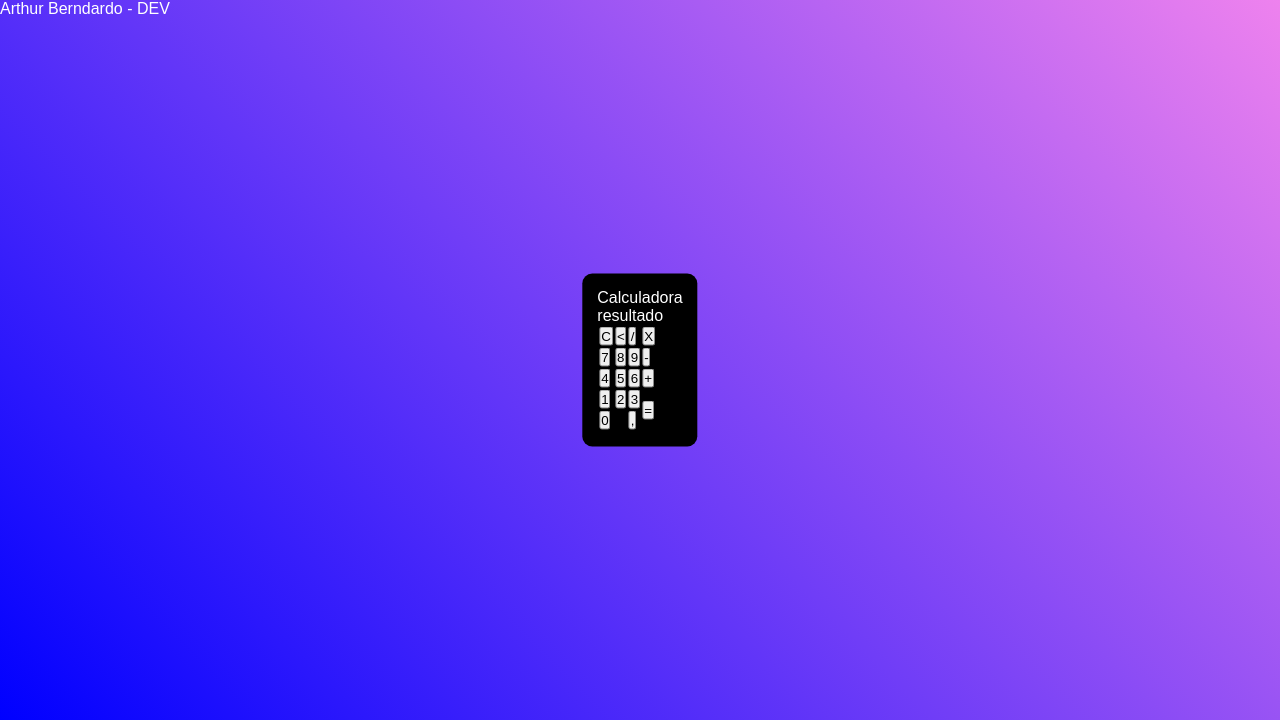
Repository: oThurDev/calculadora
Page: calculadora.html
An editor plug-in stored every save of this project. The page is shown before and after the next save, followed by the edit.
The browser window is 1280 px wide. The pictures show the whole page.

Above is the page before, as saved 2022-02-25 15:34:36.

### calculadora.html
<!DOCTYPE html>
<html lang="en">
<head>
    <meta charset="UTF-8">
    <meta name="viewport" content="width=device-width, initial-scale=1.0">
    <link rel="stylesheet" href="style_calculadora.css">
    <title>Calculadora</title>
</head>
<body>
    <div class="fundo">
        <span>Arthur Berndardo - DEV</span>
        <div class="calculadora">
            <span>Calculadora</span>
            <p id="resultado">resultado</p>
            <table>
                <tr>
                    <td class="botao"><button>C</button></td>
                    <td class="botao"><button><</button></td>
                    <td class="botao"><button>/</button></td>
                    <td class="botao"><button>X</button></td>
                </tr>
                <tr>
                    <td class="botao"><button>7</button></td>
                    <td class="botao"><button>8</button></td>
                    <td class="botao"><button>9</button></td>
                    <td class="botao"><button>-</button></td>
                </tr>
                <tr>
                    <td class="botao"><button>4</button></td>
                    <td class="botao"><button>5</button></td>
                    <td class="botao"><button>6</button></td>
                    <td class="botao"><button>+</button></td>
                </tr>
                <tr>
                    <td class="botao"><button>1</button></td>
                    <td class="botao"><button>2</button></td>
                    <td class="botao"><button>3</button></td>
                    <td class="botao" rowspan="2"><button>=</button></td>
                </tr>
                <tr>
                    <td class="botao" colspan="2"><button>0</button></td>
                    <td class="botao"><button>,</button></td>
                </tr>
            </table>
        </div>
    </div>
</body>
</html>

### style_calculadora.css
*{
    margin: 0;
    padding: 0;
}

.fundo{
    background-image: linear-gradient(45deg, blue, violet);
    height: 100vh;
    color: white;
    font-family: Arial, Helvetica, sans-serif;
}

.calculadora{
    position: absolute;
    background-color: black;
    top: 50%;
    left: 50%;
    transform: translate(-50%, -50%);
    border-radius: 10px;
    padding: 15px;
}

After the next save:
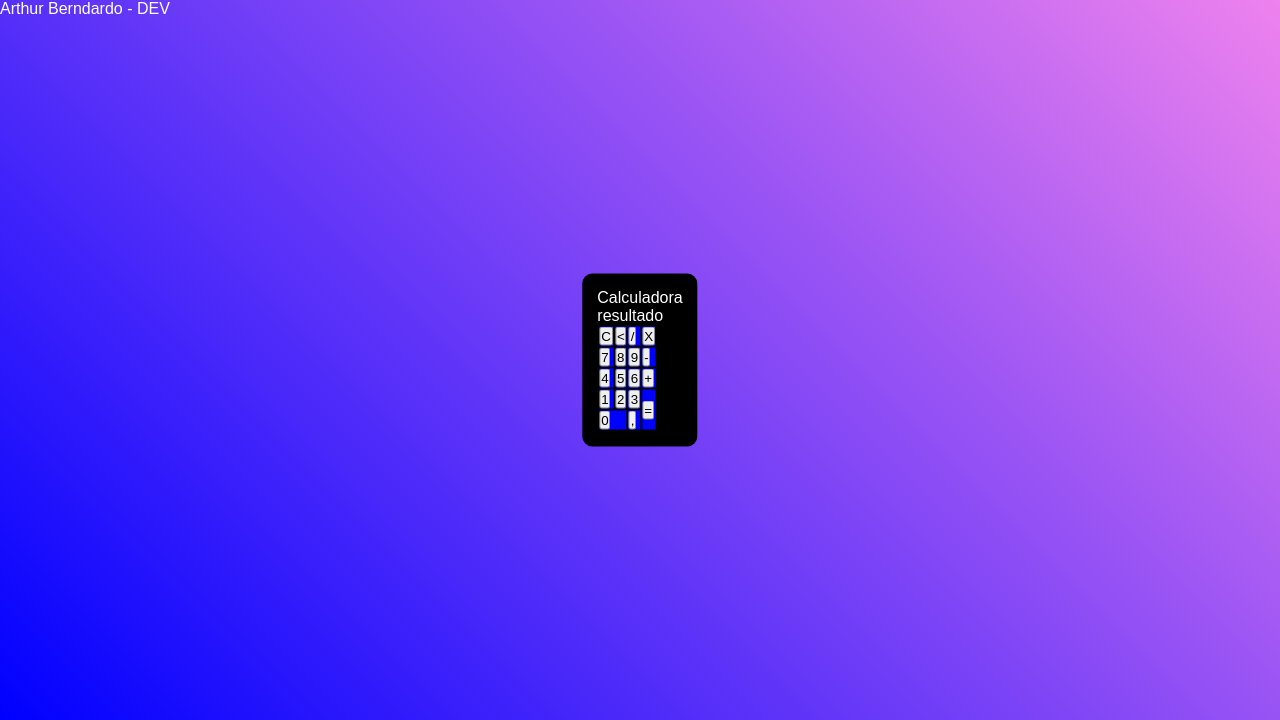
Saved 26 s later.
--- a/style_calculadora.css
+++ b/style_calculadora.css
@@ -19,3 +19,7 @@
     border-radius: 10px;
     padding: 15px;
 }
+
+.botao{
+    background-color: blue;
+}
